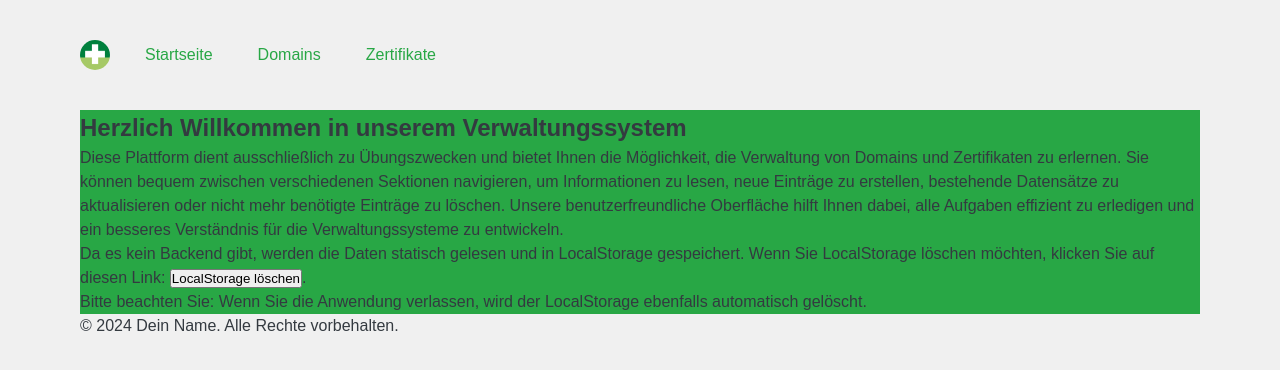
Repository: bajricadmir/verwaltungssystem-vanilla-html-css
Page: index.html
The author's editor kept a copy of each file at every save. The page is drawn from the files as they stood at one save, then again after the next save.
The browser window is 1280 px wide. The pictures show the whole page.

Above is the page before, as saved 2024-10-14 11:12:32.

After the next save:
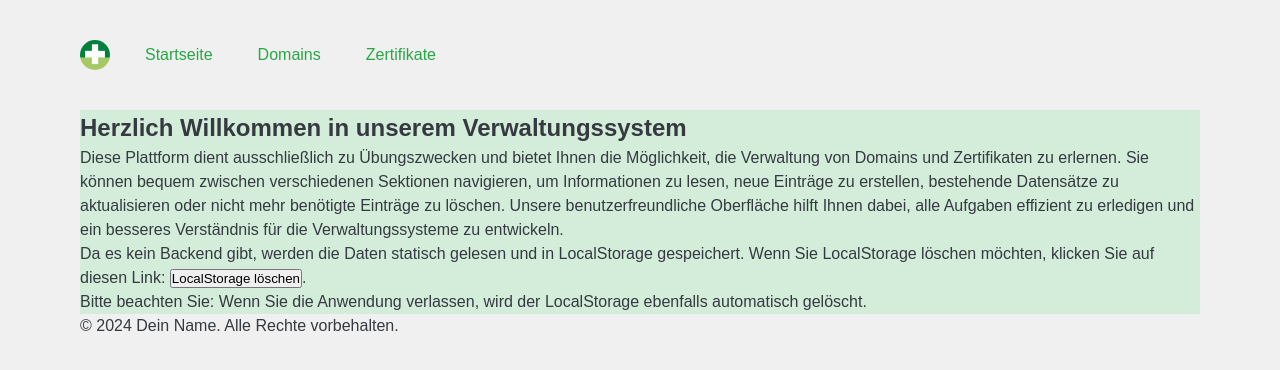
Saved 12 s later.
--- a/style.css
+++ b/style.css
@@ -94,5 +94,5 @@ table {
   flex-direction: column;
   align-items: center;
   margin-top: 40px;
-  background-color: var(--success-color);
+  background-color: var(--success-color-bgc);
 }
